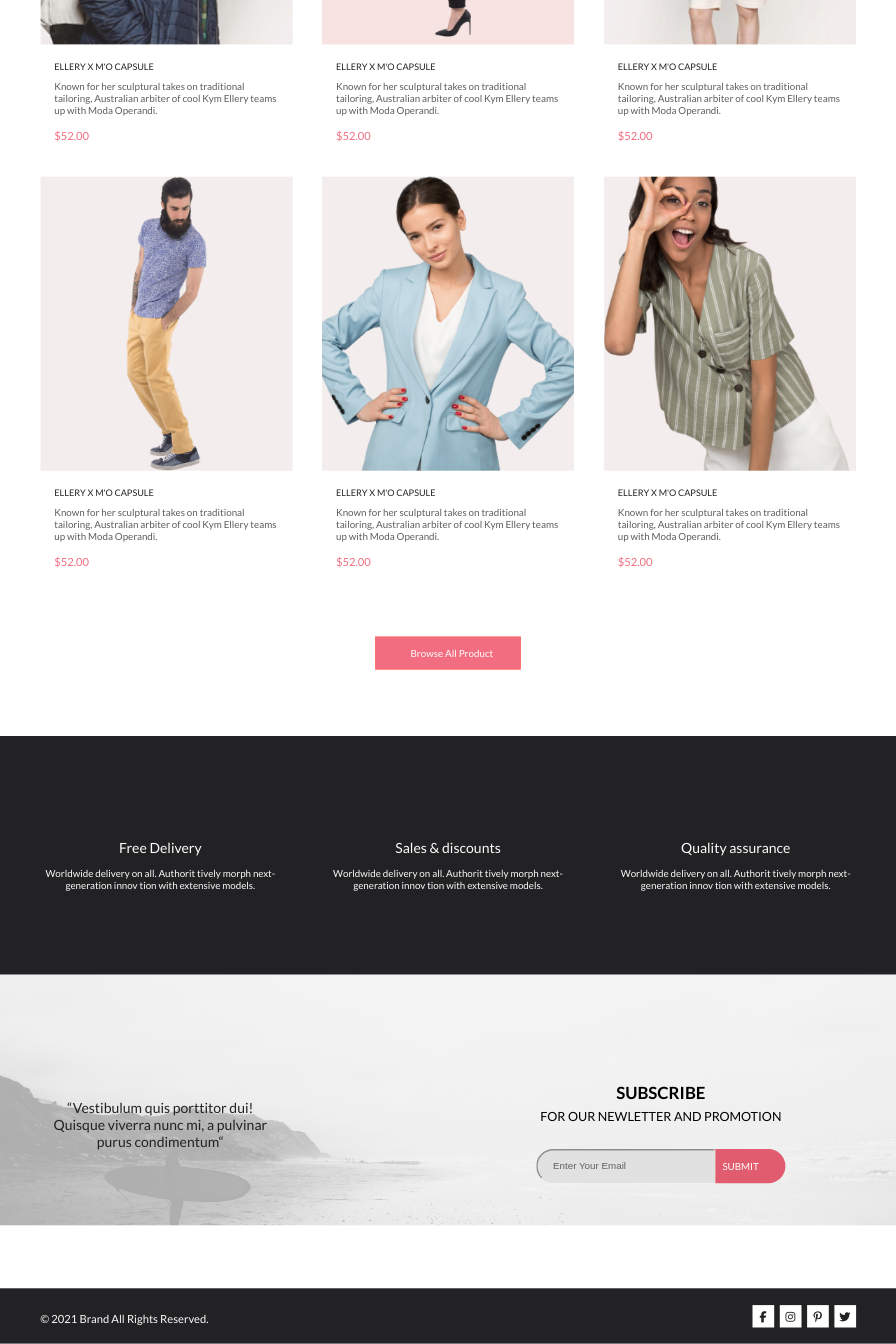
Repository: shtepaa/work-show-linkid
Page: les01/index.html
The author's editor kept a copy of each file at every save. The page is drawn from the files as they stood at one save, then again after the next save.
The browser window is 1280 px wide. The pictures show the part of the page from y = 1908 to 3828 px (the page is 3828 px tall), at 70% of full size.
Some web libraries are served in a nearby version. The style sheet was rebuilt from its Sass, Less or Tailwind sources for each picture, by a compiler version that may differ from the author's.

Above is the page before, as saved 2022-02-23 20:40:08.

### les01/index.html
<!DOCTYPE html>
<html lang="en">
  <head>
    <meta charset="UTF-8" />
    <meta http-equiv="X-UA-Compatible" content="IE=edge" />
    <meta name="viewport" content="width=device-width, initial-scale=1.0" />
    <script
      src="https://kit.fontawesome.com/39fc11746d.js"
      crossorigin="anonymous"
    ></script>
    <title>Brand</title>
    <link rel="shortcut icon" href="img/favicon.ico" type="image/x-icon" />

    <link rel="stylesheet" href="../index.css" />
    <link rel="preconnect" href="https://fonts.googleapis.com" />
    <link rel="preconnect" href="https://fonts.gstatic.com" crossorigin />
    <link
      href="https://fonts.googleapis.com/css2?family=Lato:wght@700;400;900&display=swap"
      rel="stylesheet"
    />
  </head>
  <body>
    <header>
      <div class="container">
        <nav>
          <div class="flex-left">
            <img src="img/logo.svg" alt="logo" />
            <form class="searchBox">
              <input
                class="searchInput"
                type="text"
                name="search"
                placeholder="Search"
              />
              <button class="searchButton">
                <i class="fa fa-search" aria-hidden="true"></i>
              </button>
            </form>
          </div>
          <div class="flex-right">
            <div class="mega-box">
              <div class="contact-img">
                <a href="#"> <i class="fa fa-bars" aria-hidden="true"></i></a>
              </div>
              <div class="mega-item">
                <div class="menu-box">
                  <h3 class="menu-box--style">
                    Menu <i class="fa fa-times" aria-hidden="true"></i>
                  </h3>
                </div>
                <details>
                  <summary>Man</summary>
                  <a class="mega-link" href="#">Accessories</a>
                  <a class="mega-link" href="#">Bags</a>
                  <a class="mega-link" href="#">Denim</a>
                  <a class="mega-link" href="#">T-Shirts</a>
                </details>
                <details>
                  <summary>WOMAN</summary>
                  <a class="mega-link" href="#">Accessories</a>
                  <a class="mega-link" href="#">Jackets & Coats</a>
                  <a class="mega-link" href="#">Polos</a>
                  <a class="mega-link" href="#">T-Shirts</a>
                </details>
                <details>
                  <summary>KIDS</summary>
                  <a class="mega-link" href="#">Accessories</a>
                  <a class="mega-link" href="#">Bags</a>
                  <a class="mega-link" href="#">Denim</a>
                  <a class="mega-link" href="#">T-Shirts</a>
                </details>
              </div>
            </div>
            <div class="contact-img">
              <a href="#"> <i class="fa fa-regular fa-user"></i> </a>
            </div>
            <div class="contact-img">
              <a href="#"> <i class="fa fal fa-shopping-cart"></i> </a>
            </div>
          </div>
        </nav>
      </div>
    </header>
    <!-- Второй блок -->
    <div class="header-section">
      <div class="container">
      <div class="header-cover">
        <div class="header-image">
          <img class="header-man" src="img/man-new.png" alt="man" />
        </div>
        <div class="header-title">
          <div class="pink-line">
            <div class="header-column">
              <h1 class="header-brand">The brand</h1>
              <h2 class="text-brand">
                of luxerious <span class="pink-word"> fashion</span>
              </h2>
            </div>
          </div>
        </div>
      </div>
    </div>
    </div>

    <!-- Третий блок -->
    <div class="container">
      <section class="catalog-box">
        <div class="catalog-block">
          <div class="catalog-project">
            <a class="link-cataloge" href="catalog.html">
              <img
                class="catalog-image"
                src="img/catalog01.png"
                alt="catalog01"
              />
            </a>
            <div class="card-box">
              <a class="card-link" href="#">
                <div class="box-centre">
                  <h2 class="catalog__text">30% off</h2>
                  <span class="pink-word catalog-words"> for women</span>
                </div>
              </a>
            </div>
          </div>
          <div class="catalog-project">
            <a class="link-cataloge" href="catalog.html">
              <img
                class="catalog-image"
                src="img/catalog02.png"
                alt="catalog01"
            /></a>
            <div class="card-box">
              <a class="card-link" href="#">
                <div class="box-centre">
                  <h2 class="catalog__text">hot deal</h2>
                  <span class="pink-word catalog-words"> for man</span>
                </div>
              </a>
            </div>
          </div>
          <div class="catalog-project">
            <a class="link-cataloge" href="catalog.html">
              <img
                class="catalog-image"
                src="img/catalog03.png"
                alt="catalog01"
              />
            </a>
            <div class="card-box">
              <a class="card-link" href="#">
                <div class="box-centre">
                  <h2 class="catalog__text">new arrivals</h2>
                  <span class="pink-word catalog-words"> for kids</span>
                </div>
              </a>
            </div>
          </div>
        </div>
        <div class="catalog-project catalog-parent">
          <a class="link-cataloge" href="catalog.html">
            <img
              class="catalog-image"
              src="img/catalog04.png"
              alt="catalog01"
            />
          </a>
          <div class="card-box box-parent">
            <a class="card-link" href="#">
              <div class="box-centre">
                <h2 class="catalog__text">luxirous & trendy</h2>
                <span class="pink-word catalog-words"> accesories</span>
              </div>
            </a>
          </div>
        </div>
      </section>
    </div>
    <!-- Четвертый блок -->
    <section class="item-sec">
      <div class="container">
        <div class="item-texts">
          <h3 class="block-text--heading">Fetured Items</h3>
          <p class="block-text--section-text">
            Shop for items based on what we featured in this week
          </p>
        </div>
        <div class="item-box">
          <div class="item">
            <a class="item-link" href="product.html">
              <img class="item-pic" src="img/feat01.png" alt="product" />
              <div class="text-box">
                <p class="text-desc">ELLERY X M'O CAPSULE</p>
                <p class="text-midle">
                  Known for her sculptural takes on traditional tailoring,
                  Australian arbiter of cool Kym Ellery teams up with Moda
                  Operandi.
                </p>
                <p class="text-price">$52.00</p>
              </div>
            </a>
            <div class="cart-box">
              <a class="card-links" href="#">
                <img src="img/02shop.svg" alt="cart" />
                <p class="add-text">Add to Cart</p>
              </a>
            </div>
          </div>
          <div class="item">
            <a class="item-link" href="product.html">
              <img class="item-pic" src="img/feat02.png" alt="product" />
              <div class="text-box">
                <p class="text-desc">ELLERY X M'O CAPSULE</p>
                <p class="text-midle">
                  Known for her sculptural takes on traditional tailoring,
                  Australian arbiter of cool Kym Ellery teams up with Moda
                  Operandi.
                </p>
                <p class="text-price">$52.00</p>
              </div>
            </a>
            <div class="cart-box">
              <a class="card-links" href="#">
                <img src="img/02shop.svg" alt="cart" />
                <p class="add-text">Add to Cart</p>
              </a>
            </div>
          </div>
          <div class="item">
            <a class="item-link" href="product.html">
              <img class="item-pic" src="img/feat03.png" alt="product" />
              <div class="text-box">
                <p class="text-desc">ELLERY X M'O CAPSULE</p>
                <p class="text-midle">
                  Known for her sculptural takes on traditional tailoring,
                  Australian arbiter of cool Kym Ellery teams up with Moda
                  Operandi.
                </p>
                <p class="text-price">$52.00</p>
              </div>
            </a>
            <div class="cart-box">
              <a class="card-links" href="#">
                <img src="img/02shop.svg" alt="cart" />
                <p class="add-text">Add to Cart</p>
              </a>
            </div>
          </div>
          <div class="item">
            <a class="item-link" href="product.html">
              <img class="item-pic" src="img/feat04.png" alt="product" />
              <div class="text-box">
                <p class="text-desc">ELLERY X M'O CAPSULE</p>
                <p class="text-midle">
                  Known for her sculptural takes on traditional tailoring,
                  Australian arbiter of cool Kym Ellery teams up with Moda
                  Operandi.
                </p>
                <p class="text-price">$52.00</p>
              </div>
            </a>
            <div class="cart-box">
              <a class="card-links" href="#">
                <img src="img/02shop.svg" alt="cart" />
                <p class="add-text">Add to Cart</p>
              </a>
            </div>
          </div>
          <div class="item">
            <a class="item-link" href="product.html">
              <img class="item-pic" src="img/feat05.png" alt="product" />
              <div class="text-box">
                <p class="text-desc">ELLERY X M'O CAPSULE</p>
                <p class="text-midle">
                  Known for her sculptural takes on traditional tailoring,
                  Australian arbiter of cool Kym Ellery teams up with Moda
                  Operandi.
                </p>
                <p class="text-price">$52.00</p>
              </div>
            </a>
            <div class="cart-box">
              <a class="card-links" href="#">
                <img src="img/02shop.svg" alt="cart" />
                <p class="add-text">Add to Cart</p>
              </a>
            </div>
          </div>
          <div class="item">
            <a class="item-link" href="product.html">
              <img class="item-pic" src="img/feat06.png" alt="product" />
              <div class="text-box">
                <p class="text-desc">ELLERY X M'O CAPSULE</p>
                <p class="text-midle">
                  Known for her sculptural takes on traditional tailoring,
                  Australian arbiter of cool Kym Ellery teams up with Moda
                  Operandi.
                </p>
                <p class="text-price">$52.00</p>
              </div>
            </a>
            <div class="cart-box">
              <a class="card-links" href="#">
                <img src="img/02shop.svg" alt="cart" />
                <p class="add-text">Add to Cart</p>
              </a>
            </div>
          </div>
        </div>
      </div>

      <div class="but-box">
        <a class="but-links" href="#">
          <p class="button-text">Browse All Product</p>
        </a>
      </div>
    </section>

    <div class="section-icons">
      <div class="container wrapper-icons">
        <div class="first-icons">
          <img class="car-icons" src="img/car.svg" alt="car"/>
          <h3 class="car-icons--text">Free Delivery</h3>
          <p class="car-icons--context">
            Worldwide delivery on all. Authorit tively morph next-generation
            innov tion with extensive models.
          </p>
        </div>
        <div class="first-icons">
          <img class="car-icons" src="img/discount.svg" alt="discount"/>
          <h3 class="car-icons--text">Sales & discounts</h3>
          <p class="car-icons--context">
            Worldwide delivery on all. Authorit tively morph next-generation
            innov tion with extensive models.
          </p>
        </div>
        <div class="first-icons">
          <img class="car-icons" src="img/corona.svg" alt="corona"/>
          <h3 class="car-icons--text">Quality assurance</h3>
          <p class="car-icons--context">
            Worldwide delivery on all. Authorit tively morph next-generation
            innov tion with extensive models.
          </p>
        </div>
      </div>
    </div>

    <div class="quotes-section">
      <div class="container">
        <div class="wrap-quotes">
          <div class="figure-box">
            <figure>
              <img class="figure-image" src="img/author.png" alt="author"/>

              <figcaption>
                “Vestibulum quis porttitor dui! Quisque viverra nunc mi, a
                pulvinar purus condimentum“
              </figcaption>
            </figure>
          </div>
          <div class="figure-box enter-mail">
            <h1 class="subscribe">SUBSCRIBE</h1>
            <h2 class="promotion">FOR OUR NEWLETTER AND PROMOTION</h2>
            <div class="subscribe-wrapper">
              <input
                type="email"
                name="email"
                class="subscribe-input"
                placeholder="Enter Your Email"
              />
              <div class="submit-btn">SUBMIT</div>
            </div>
          </div>
        </div>
      </div>
    </div>

    <!-- Footer -->
    <footer>
      <div class="container">
        <div class="footer-contant">
          <div class="copy-righ">
            <span class="copy-text">© 2021 Brand All Rights Reserved.</span>
          </div>
          <div class="networks">
            <div class="insta networks-fig">
              <a
                class="link-netw"
                href="https://facebook.com/username"
                target="_blank"
              >
                <i class="fa fa-brands fa-facebook-f"></i>
              </a>
            </div>
            <div class="insta insta-fig">
              <a
                class="link-netw"
                href="https://facebook.com/username"
                target="_blank"
              >
                <i class="fa fa-brands fa-instagram"></i>
              </a>
            </div>
            <div class="insta pint-fig">
              <a
                class="link-netw"
                href="https://facebook.com/username"
                target="_blank"
              >
                <i class="fa fa-brands fa-pinterest-p"></i>
              </a>
            </div>
            <div class="insta twit-fig">
              <a
                class="link-netw"
                href="https://facebook.com/username"
                target="_blank"
              >
                <i class="fa fa-brands fa-twitter"></i>
              </a>
            </div>
          </div>
        </div>
      </div>
    </footer>
  </body>
</html>

### les01/styles/_variables.scss
$c-black:#222;
$c-pink:#f16d7f;
$c-grey:#6f6e6e;
$c-dr-blue:#2f3640;
$c-white:white;
$c-ligth-grey:#9f9f9f;
$c-norm-grey:#5d5d5d;
$c-rosa:#ff6a6a;
$c-light:#fbfbfb;
$c-dark:#222224;
$c-lit-white:#e1e1e1;
$bck-col-black: #222;
$bck-col-dr-white: #f1e4e6;
$bck-col-white: #fff;
$bck-col-dark:#222224;
$bck-col-pink:#e05c6e;
$col-hex:#F8F3F4;
$c-bread:#636363;
$c-border:#EF5B70;
$c-pagin:#EBEBEB;
$slide-c:#F7F7F7;
$slide-back:rgba(42, 42, 42, 0.15);
$bord-colect:#EAEAEA;
$c-gravy:#4D4D4D;
$c-stone:#5E5E5E;

Loaded but not shown: les01/img/car.svg (3 lines, source omitted); les01/styles/index.scss (1016 lines, source omitted)

After the next save:
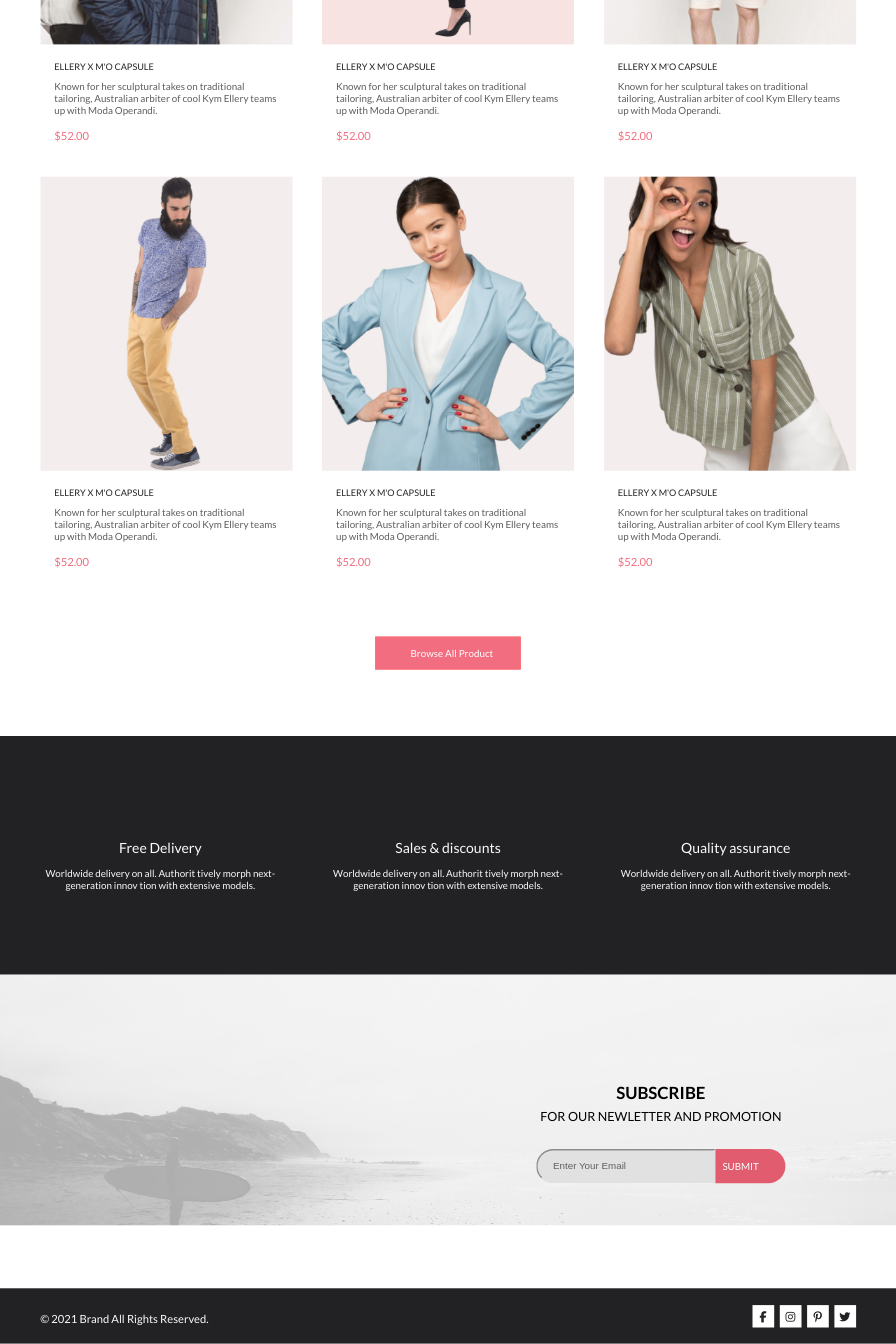
Saved 7 min 34 s later.
--- a/les01/index.html
+++ b/les01/index.html
@@ -349,14 +349,14 @@
       <div class="container">
         <div class="wrap-quotes">
           <div class="figure-box">
-            <figure>
+            <!-- <figure>
               <img class="figure-image" src="img/author.png" alt="author"/>
 
               <figcaption>
                 “Vestibulum quis porttitor dui! Quisque viverra nunc mi, a
                 pulvinar purus condimentum“
               </figcaption>
-            </figure>
+            </figure> -->
           </div>
           <div class="figure-box enter-mail">
             <h1 class="subscribe">SUBSCRIBE</h1>
